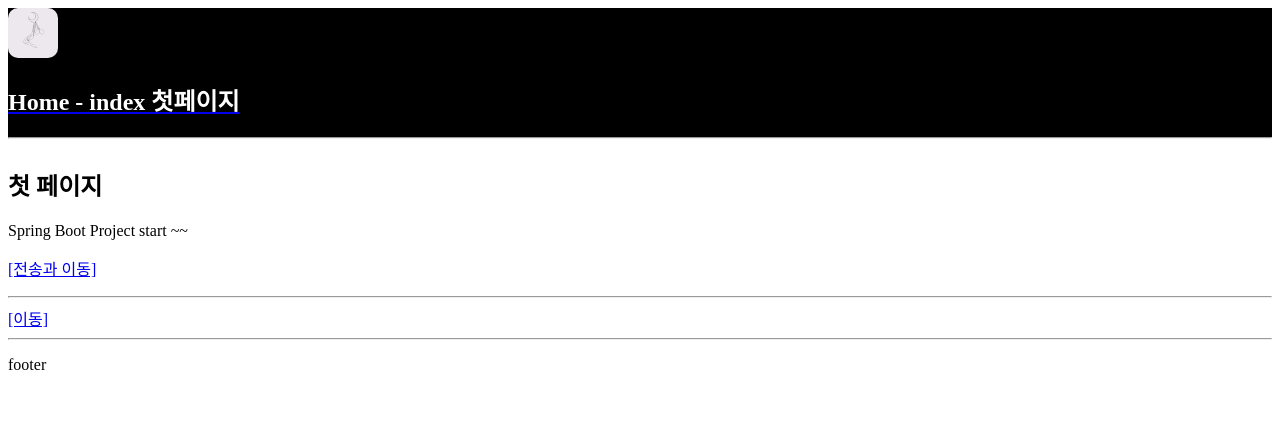
Repository: seonghun9906/SpringBoot240311start
Page: http://localhost/index
An editor plug-in stored every save of this project. The page is shown before and after the next save, followed by the edit.
The browser window is 1280 px wide. The pictures show the whole page.
The page is this project's Thymeleaf template; nobody is signed in. The template is opened directly, without the code that normally fills it, so the values that code supplies are empty.

Above is the page before, as saved 2024-03-12 05:50:27.

### thymeleafprj02/src/main/resources/templates/index.html
<!DOCTYPE html>
<html lang="ko" xmlns:th="http://www.thymeleaf.org">
<head>
<meta charset="UTF-8">
<title>HOME</title>
<link rel="stylesheet" th:href="@{css/style.css}">
<style type="text/css">
	body{
		display:flex;
		flex-direction: column;
	}
	.header {
		background-color: black;
		color:white;

	}
	.header h2 {
	color: white;
}
	section {
		flex: 1;
	}
</style>
</head>
<body>
<header th:insert="~{fragments::header('index', '첫페이지')}"></header>
<section>
	<h2>첫 페이지</h2>
	<p>Spring Boot Project start ~~</p>
	<a th:href="@{second(data1='한글데이터', data2=100)}">[전송과 이동]</a>
	<div th:insert="~{now.html}"></div>
	<hr>
	<a th:href="@{third}">[이동]</a>

</section>
<footer th:replace="~{fragments::footer}"></footer>
</body>
</html>

### thymeleafprj02/src/main/resources/templates/fragments.html
<!DOCTYPE html>
<html lang="ko" xmlns:th="http://www.thymeleaf.org">
<body>
<div th:fragment="header(data1, data2)" class="header">
	<img alt="로고" th:src="@{images/logo.jpg}" class="logo">
	<a th:href="@{/}"><h2>Home - [[${data1}]] [[${data2}]]</h2></a>
	<hr>
</div>
<div th:fragment="footer">
	<hr>
	<p>footer</p>
</div>
</body>
</html>

### thymeleafprj02/src/main/resources/templates/now.html
<p th:text="${date}"></p>

### thymeleafprj02/src/main/resources/static/css/style.css
@charset "UTF-8";

.logo {
	width : 50px;
	height: 50px;
	border-radius: 10px;

}

After the next save:
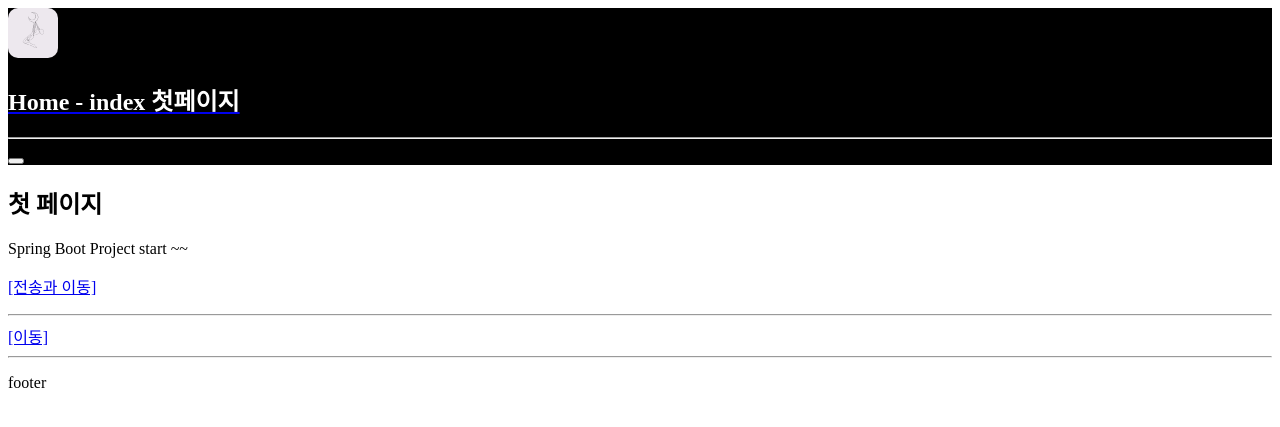
Saved 30 s later.
--- a/thymeleafprj02/src/main/resources/templates/fragments.html
+++ b/thymeleafprj02/src/main/resources/templates/fragments.html
@@ -5,6 +5,7 @@
 	<img alt="로고" th:src="@{images/logo.jpg}" class="logo">
 	<a th:href="@{/}"><h2>Home - [[${data1}]] [[${data2}]]</h2></a>
 	<hr>
+	<button></button>
 </div>
 <div th:fragment="footer">
 	<hr>
